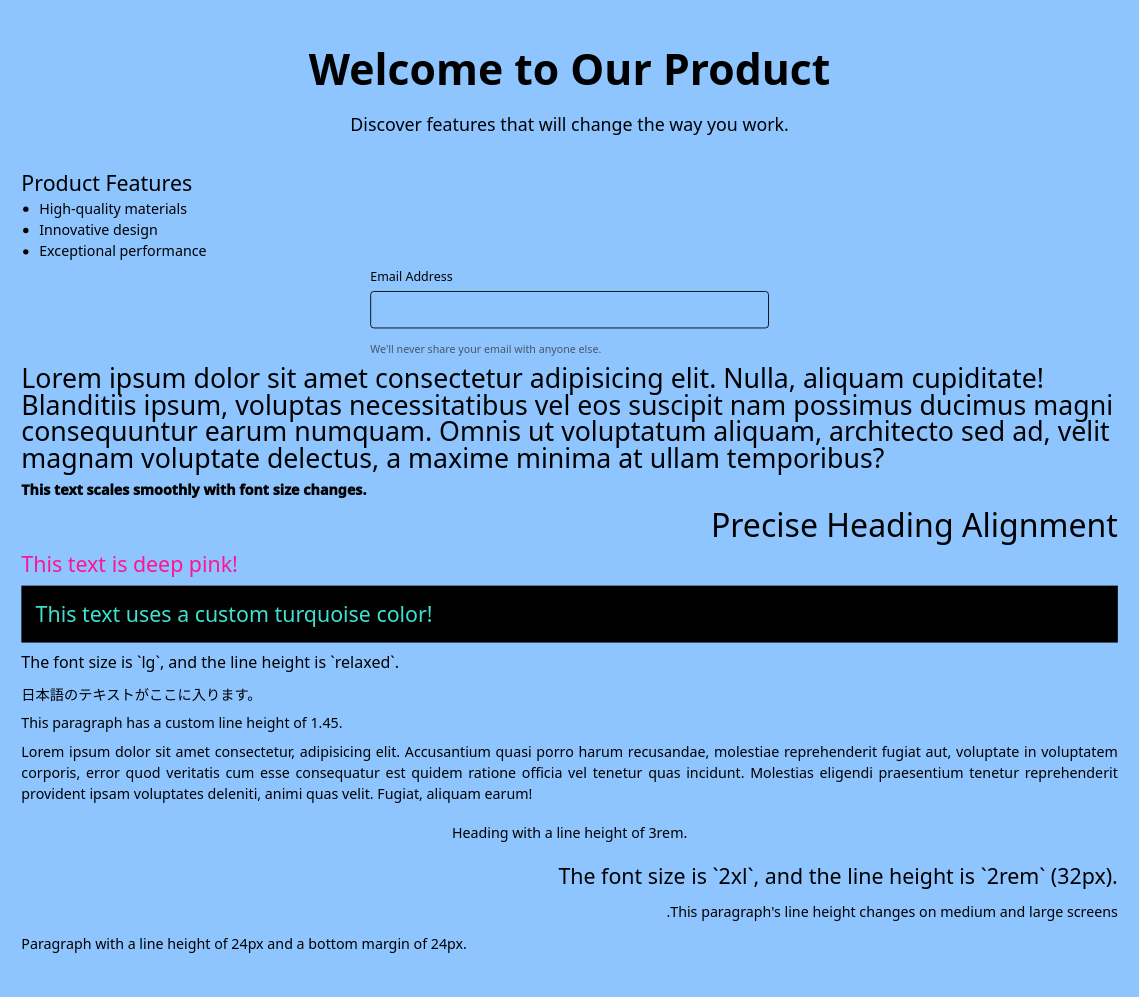
Repository: DinTri/TailwindCss
Page: index.html
The author's editor kept a copy of each file at every save. The page is drawn from the files as they stood at one save, then again after the next save.
The browser window is 1280 px wide. The pictures show the whole page, at 89% of full size.
Some web fonts or font styles are not loaded; a fallback is used.

Above is the page before, as saved 2025-06-09 22:08:56.

After the next save:
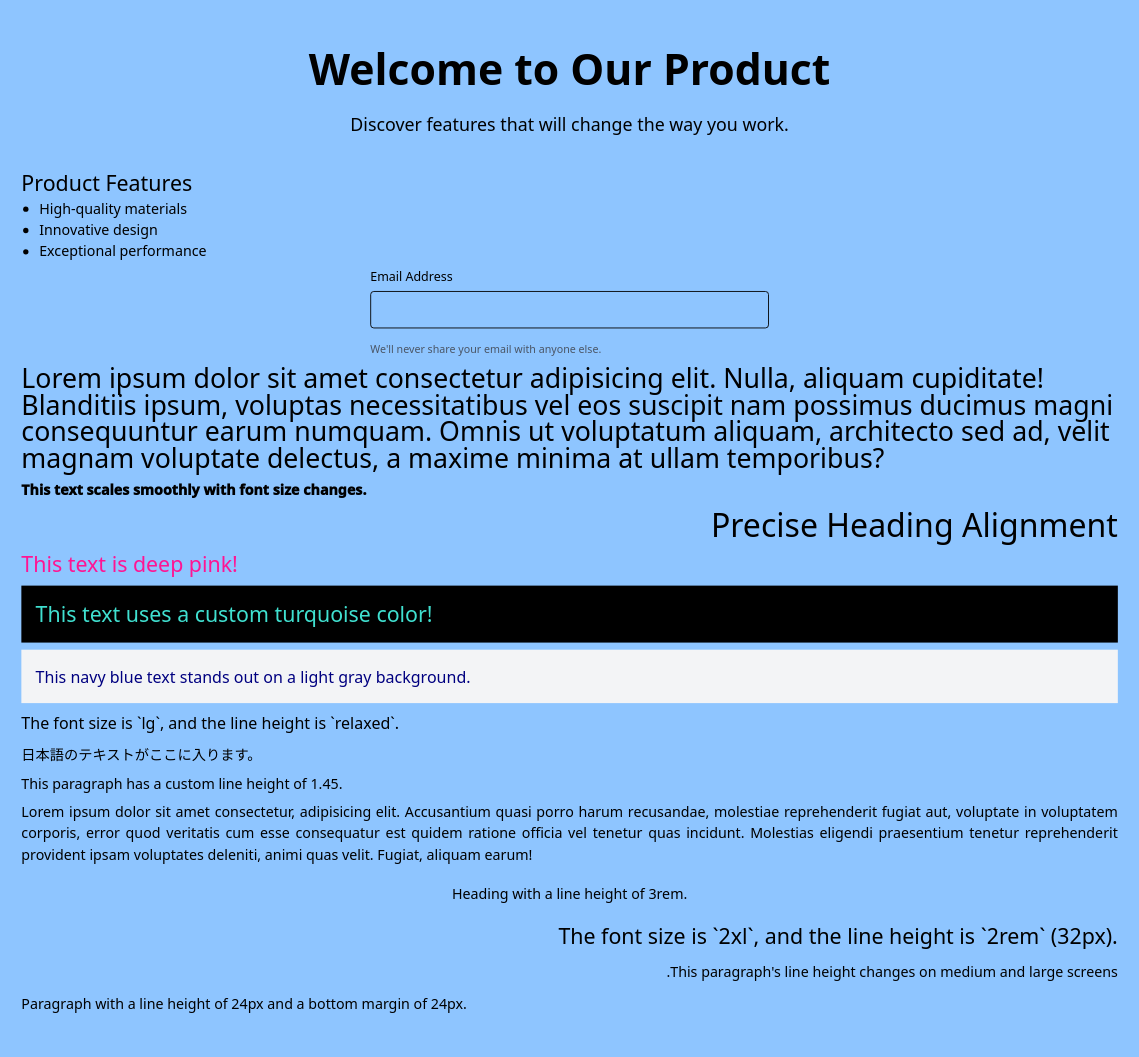
Saved 55 s later.
--- a/index.html
+++ b/index.html
@@ -53,6 +53,11 @@
   This text uses a custom turquoise color!
 </p>
 </div>
+<div class="bg-gray-100 p-4">
+  <p class="text-[#000080] text-lg">
+    This navy blue text stands out on a light gray background.
+  </p>
+</div>
 <p class="text-lg/relaxed">
   The font size is `lg`, and the line height is `relaxed`.
 </p>
